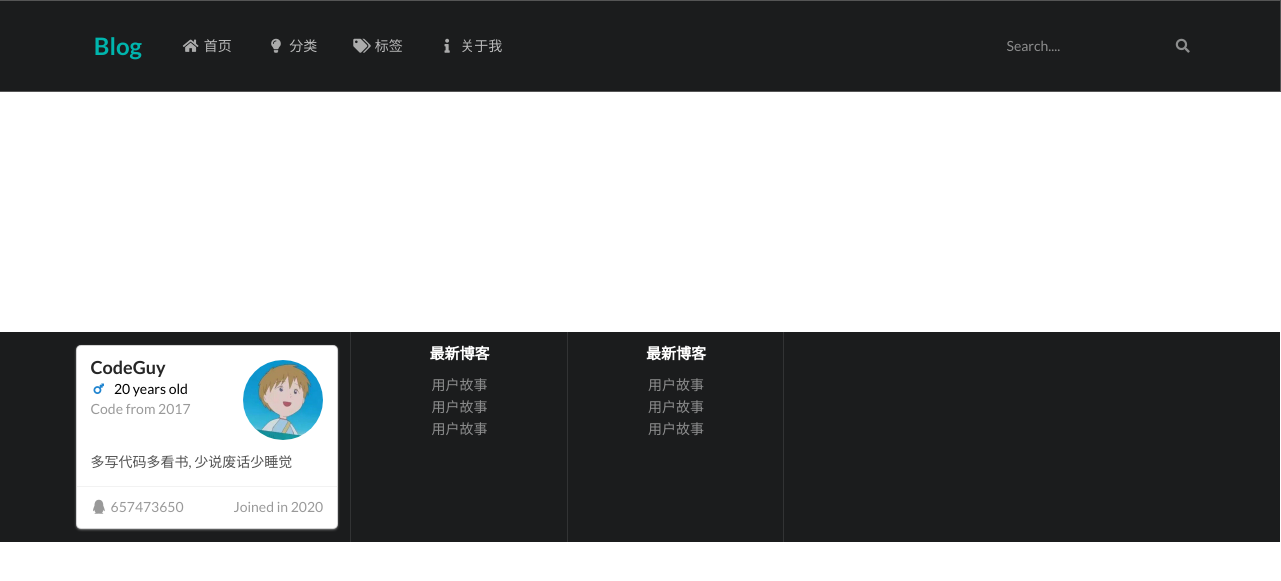
Repository: GOGOHQ/myblog
Page: index.html
These files come from the project's save history. The page is drawn as it stood at one moment and after the next save; the edit follows.
The browser window is 1280 px wide. The page is 1281 px wide, so the pictures cover 1281 px, including what lies to the right of the window. The pictures show the whole page.
Some web libraries are served in a nearby version.

Above is the page before, as saved 2020-01-16 15:50:22.

### index.html
<!DOCTYPE html>
<html lang="en">

<head>
    <meta charset="UTF-8">
    <meta name="viewport" content="width=device-width, inital-scale=1.0">
    <title>首页</title>
    <link rel="stylesheet" href="static/css/me.css">
    <link rel="stylesheet" href="https://cdn.jsdelivr.net/semantic-ui/2.2.4/semantic.min.css">
    <script src="https://cdn.jsdelivr.net/npm/jquery@3.2/dist/jqurey.min.js"></script>
    <script src="https://cdn.jsdelivr.net/semantic-ui/2.2.4/semantic.min.js"></script>
</head>

<body>
<!-- 导航 -->
<nav class="ui inverted  attached  segment m-padded-tb-mini">
    <div class="ui container">
        <div class="ui secondary inverted menu">
            <h2 class="ui teal header item">Blog</h2>
            <a href="#" class="item"><i class="home icon"></i>首页</a>
            <a href="#" class="item"><i class="idea icon"></i>分类</a>
            <a href="#" class="item"><i class="tags icon"></i>标签</a>
            <a href="#" class="item"><i class="info icon"></i>关于我</a>
            <div class="right item">
                <div class="ui icon  inverted transparent input">
                    <input type="text" placeholder="Search....">
                    <i class="search link icon"></i>
                </div>
            </div>
        </div>
    </div>
</nav>
<!-- 内容 -->
<div>
    <br> <br> <br> <br> <br> <br> <br> <br> <br> <br> <br> <br>
</div>
<!-- 底部 -->
<footer class="ui inverted vertical segment ">
    <div class="ui container">
        <div class="ui inverted divided grid">
            <div class="four wide column">
                <div class="ui cards">
                    <div class="card">
                        <div class="content">
                            <img class="right circular floated tiny ui image" src="static/images/avatar.jpg">
                            <div class="header">
                                CodeGuy
                            </div>
                            <div class="meta">
                                <i class="icon blue mars stroke"></i>
                                <text style="color:black;">20 years old</text>
                            </div>
                            <div class="meta">
                                Code from 2017
                            </div>
                            <div class="description">
                                多写代码多看书, 少说废话少睡觉
                            </div>
                        </div>
                        <div class="extra content">
                            <a>
                                <i class="qq icon"></i>657473650
                            </a>
                            <span class="right floated">
                                    Joined in 2020
                                  </span>
                        </div>
                    </div>
                </div>
            </div>
            <div class="center aligned three wide column">
                <h4 class="ui inverted header">最新博客</h4>
                <div class="ui inverted link list">
                    <a href="#" class="item">用户故事</a>
                    <a href="#" class="item">用户故事</a>
                    <a href="#" class="item">用户故事</a>
                </div>
            </div>
            <div class="center aligned three wide column">
                <h4 class="ui inverted header">最新博客</h4>
                <div class="ui inverted link list">
                    <a href="#" class="item">用户故事</a>
                    <a href="#" class="item">用户故事</a>
                    <a href="#" class="item">用户故事</a>
                </div>
            </div>
            <div class="six wide column"></div>
        </div>
    </div>
</footer>
</body>


</html>

Loaded but not shown: static/css/me.css (no stored copy; drawn as an empty file)

After the next save:
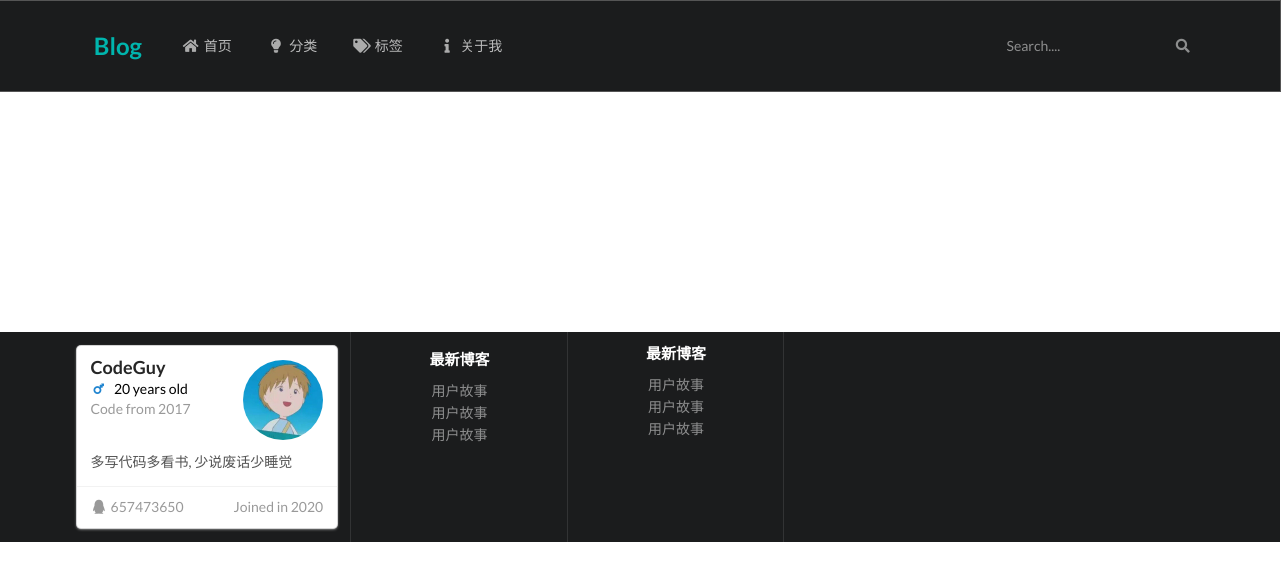
Saved 13 s later.
--- a/index.html
+++ b/index.html
@@ -68,7 +68,7 @@
                     </div>
                 </div>
             </div>
-            <div class="center aligned three wide column">
+            <div class="center aligned three wide column" style="padding-top: 20px;">
                 <h4 class="ui inverted header">最新博客</h4>
                 <div class="ui inverted link list">
                     <a href="#" class="item">用户故事</a>
